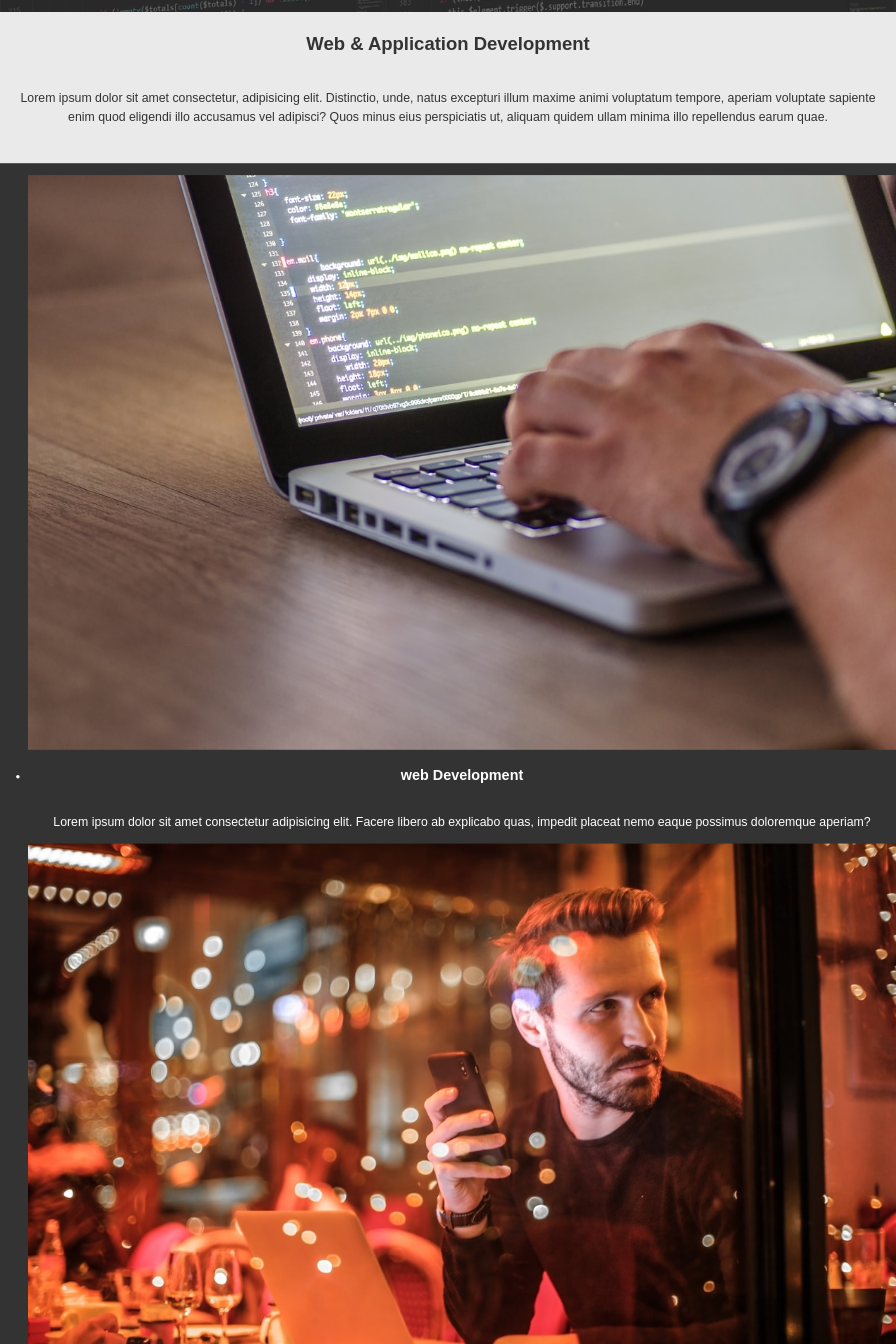
Repository: ErikBaer/MobileFirst
Page: index.html
An editor plug-in stored every save of this project. The page is shown before and after the next save, followed by the edit.
The browser window is 1280 px wide. The pictures show the part of the page from y = 433 to 2353 px (the page is 4179 px tall before and 4206 px after), at 70% of full size.

Above is the page before, as saved 2020-02-15 03:08:28.

### index.html
<!DOCTYPE html>
<html lang="en">
<head>
    <meta charset="UTF-8">
    <meta name="viewport" content="width=device-width, initial-scale=1.0">
    <link rel="stylesheet" type="text/css" href="style.css">
    <title>Acme Web Solutions</title>
</head>
<body>
    <!--Header Showcase -->
   <header id="showcase" class="grid">
    <div class="bg-image"></div>
    <div class="content-wrap">
    <h1>Welcome to Acme Web Solutions</h1>
    <p>Lorem ipsum, dolor sit amet consectetur adipisicing elit.
         Consequuntur voluptas sed, rerum voluptatibus facilis
         earum consectetur repellendus? Natus, consequuntur cum!
        </p>
    <a href="#section-b" class="btn">Read More</a>
    </div>
</header>

<!-- Main Area -->

<main id="main">

    <!-- Section A -->

    <section id="section-a" class="grid">
        <div class="content-wrap">
            <h2 class="content-title">Web & Application Development</h2>
            <p>Lorem ipsum dolor sit amet consectetur, adipisicing elit.
                Distinctio, unde, natus excepturi illum maxime animi
                voluptatum tempore, aperiam voluptate sapiente enim quod
                 eligendi illo accusamus vel adipisci? Quos minus eius
                 perspiciatis ut, aliquam quidem ullam minima illo
                 repellendus earum quae.</p>
        </div>
    </section>

    <!-- Section B -->

    <section id="section-b" class="grid">
        <ul>
            <li>
                <div class="card">
                    <img src="./Assets/Coding-Person.jpg" alt="">
                    <div class="card-content">
                        <h3 class="card-title">web Development</h3>
                        <p>Lorem ipsum dolor sit amet consectetur
                            adipisicing elit. Facere libero ab explicabo
                            quas, impedit placeat nemo eaque possimus
                            doloremque aperiam?</p>
                    </div>
                </div>
            </li>
            <li>
                <div class="card">
                    <img src="./Assets/mobile-man.jpg" alt="">
                    <div class="card-content">
                        <h3 class="card-title">Mobile Applications</h3>
                        <p>Lorem ipsum dolor sit amet consectetur
                            adipisicing elit. Facere libero ab explicabo
                            quas, impedit placeat nemo eaque possimus
                            doloremque aperiam?</p>
                    </div>
                </div>
            </li>
            <li>
                <div class="card">
                    <img src="./Assets/charts.jpg" alt="">
                    <div class="card-content">
                        <h3 class="card-title">Tech Marketing</h3>
                        <p>Lorem ipsum dolor sit amet consectetur
                            adipisicing elit. Facere libero ab explicabo
                            quas, impedit placeat nemo eaque possimus
                            doloremque aperiam?</p>
                    </div>
                </div>
            </li>
        </ul>
    </section>

    <!-- Section C -->
    <section id="section-c" class="grid">
        <div class="content-wrap">
            <h2 class="content-title"> We handle all of your digital needs</h2>
            <p>Lorem, ipsum dolor sit amet consectetur adipisicing elit.
                Neque asperiores pariatur dolorem ipsum dicta recusandae
                 optio vel doloremque deserunt maiores?</p>
        </div>
    </section>

    <!-- Section D -->

    <section class="section-d grid">
        <div class="box">
            <h2 class="content-title">Contact Us</h2>
            <p>Lorem ipsum dolor sit, amet consectetur adipisicing elit.
                 Alias, totam quas ipsam doloremque dignissimos doloribus
                 laudantium aut provident dolore. Maxime!</p>
            <p>contact@acmewebsolutions.test</p>
        </div>
        <div class="box">
            <h2 class="content-title">About Our Company</h2>
            <p>Lorem ipsum dolor, sit amet consectetur adipisicing elit.
                Delectus ut placeat, nulla inventore laboriosam quisquam!
                Porro, asperiores libero molestiae a facilis et, ex magni
                 nostrum rem delectus quia ut? Vitae.</p>
        </div>
    </section>
</main>

<!-- Footer -->

<footer id="main-footer" class="grid">
    <div>Acme Web Solutins</div>
    <div>Project by <a href="www.baerdata.de" target="blank">Erik Baer</a></div>
</footer>

</body>
</html>

### style.css
body {
    margin: 0;
    font-family: Arial, Helvetica, sans-serif;
    background-color: #333;
    color: white;
    font-size:1.1em;
    line-height: 1.5;
    text-align: center;
}

img {
    display:block;
    width:100%;
    height: auto;
}

h1, h2, h3 {
    margin:0;
    padding: 1em 0;
}

p {
    margin: 0;
    padding: 1em 0;
}

.btn {
    display: inline-block;
    background: 333;
    color: white;
    text-decoration: none;
    padding: 1em 2em;
    border: 1px solid #666;
    margin: .5em 0
}

.btn:hover {
  background: #eaeaea;
  color: #333;
}

/* Header Showcase */

#showcase {
    min-height: 450px;
    color: #fff;
    text-align: center;
}

#showcase .bg-image {
    position: absolute;
    background: #333 url(/Assets/code.jpg);
    background-position: center;
    background-repeat: no-repeat;
    background-size: cover;
    width: 100%;
    height: 450px;
    z-index: -1;
    opacity: 0.4;
}

#showcase h1 {
    padding-top: 100px;
    padding-bottom: 0;
}

#showcase .content-wrap,
#section-a .content-wrap {
    padding: 0 1.5em;
}


/* Section A */

#section-a {
    background: #eaeaea;
    color: #333;
    padding-bottom: 2em;
}


/* Section B */

#section-b {

}

After the next save:
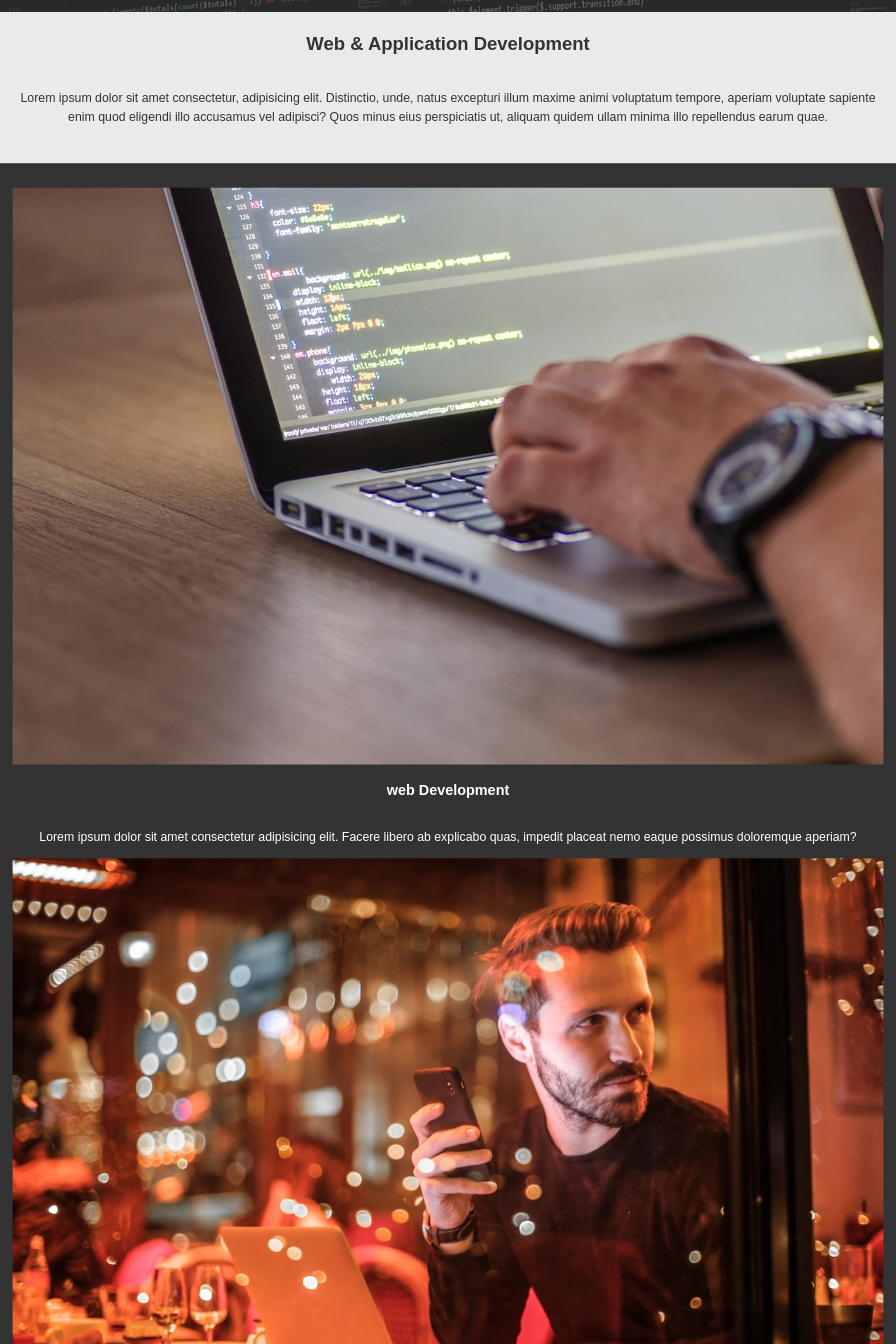
Saved 2 min 0 s later.
--- a/style.css
+++ b/style.css
@@ -82,5 +82,11 @@ p {
 /* Section B */
 
 #section-b {
+    padding: 2em 1em 1em;
+}
 
+#section-b ul {
+    list-style:none;
+    margin:0;
+    padding:0;
 }
